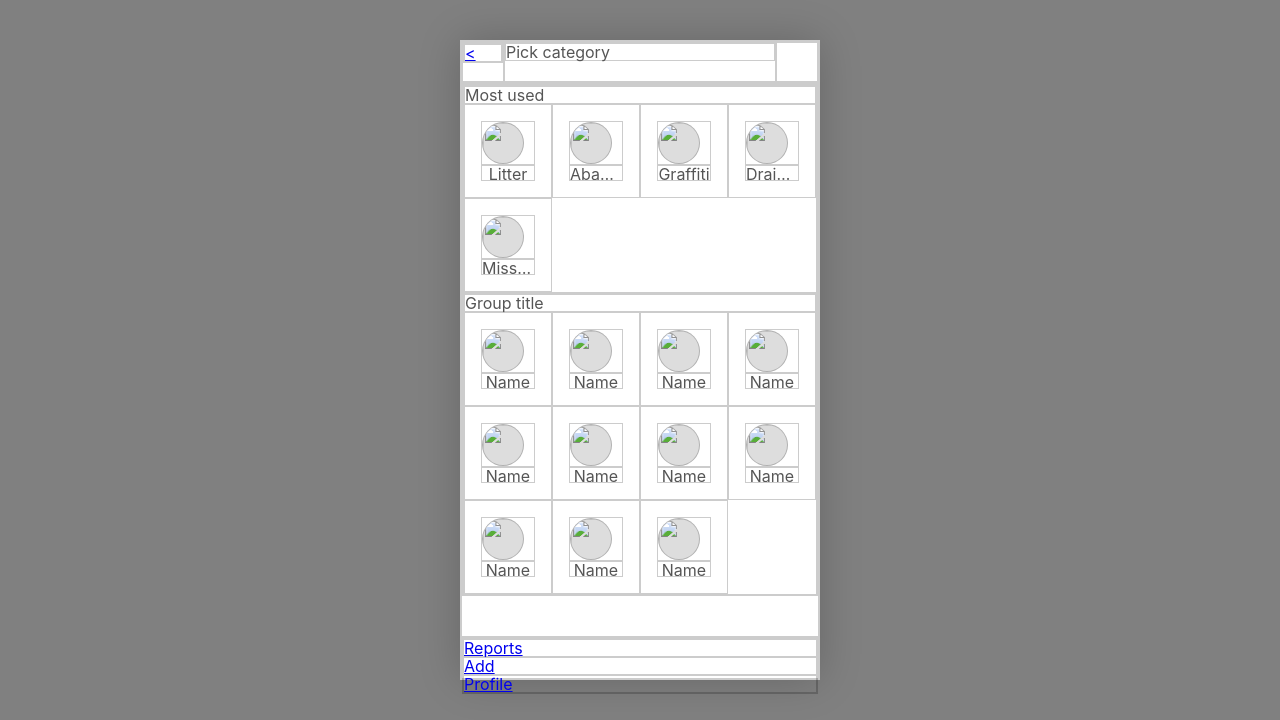
Repository: aleksandrenko/html-css-playground
Page: add report.html
An editor plug-in stored every save of this project. The page is shown before and after the next save, followed by the edit.
The browser window is 1280 px wide. The pictures show the whole page.

Above is the page before, as saved 2018-01-18 17:50:15.

After the next save:
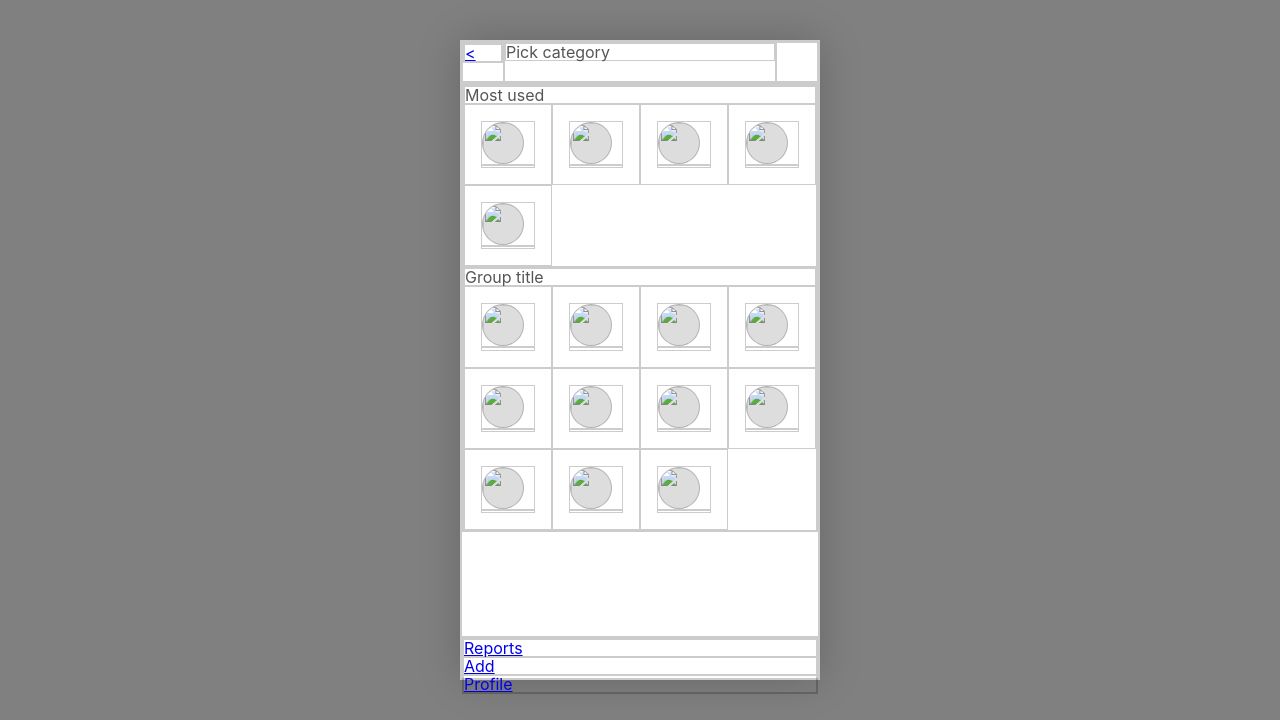
Saved 10 s later.
--- a/css/pages/categories.css
+++ b/css/pages/categories.css
@@ -21,5 +21,5 @@
 categories group name {
   overflow: hidden;
   text-overflow: ellipsis;
-  height: 1rem;
+  height: 0.2rem;
 }

After the save that followed:
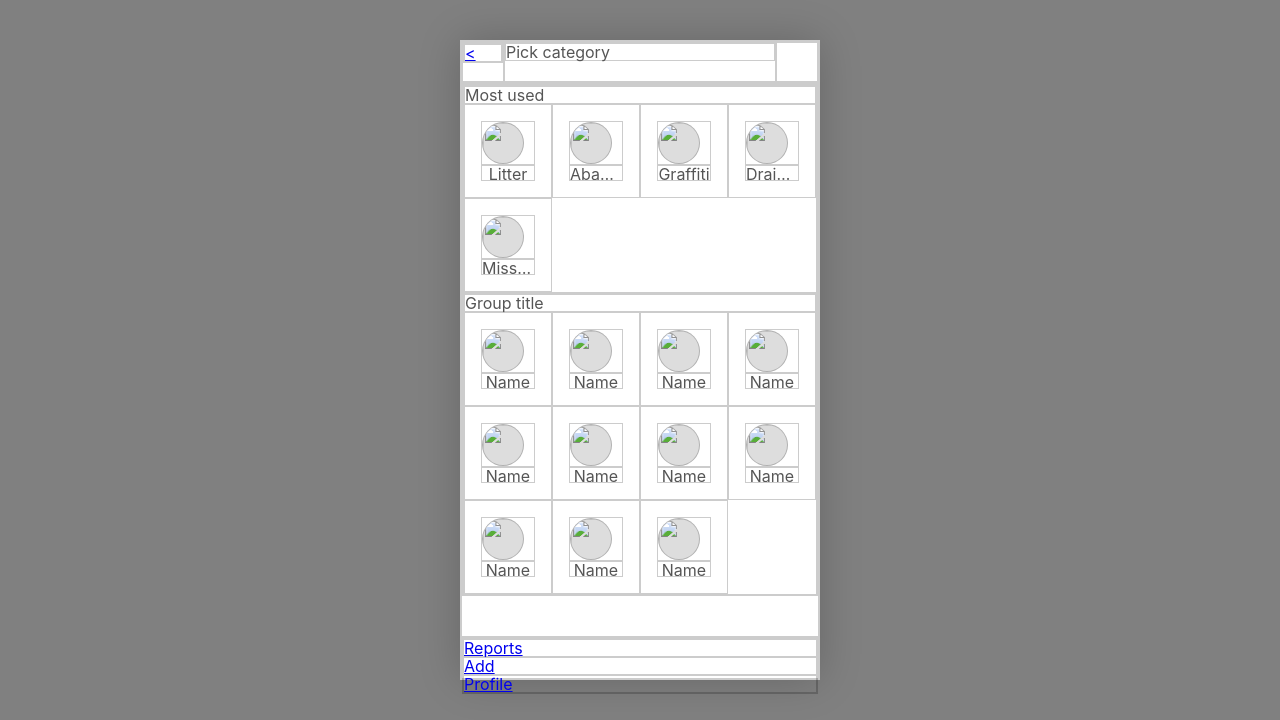
Saved 6 s later.
--- a/css/pages/categories.css
+++ b/css/pages/categories.css
@@ -18,8 +18,8 @@
   border-radius: 50%;
 }
 
-categories group name {
+categories group  name {
   overflow: hidden;
   text-overflow: ellipsis;
-  height: 0.2rem;
+  height: 1rem;
 }
